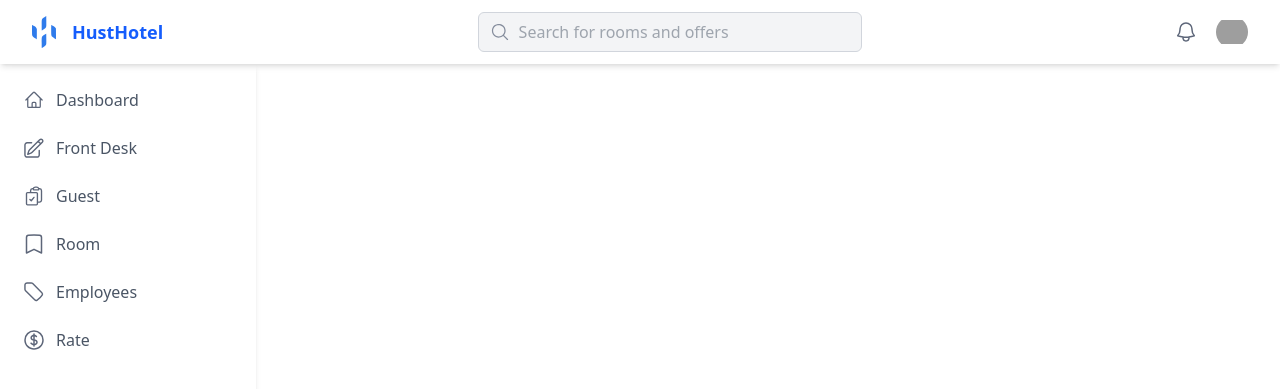
Repository: nguynd/GR1Attendance
Page: / (app in fe/)
The author's editor kept a copy of each file at every save. The page is drawn from the files as they stood at one save, then again after the next save.
The browser window is 1280 px wide. The pictures show the whole page.
Pictures or frames that could not be fetched are drawn as grey boxes. The page's requests for data from a server got no answer. The project was rebuilt for these pictures with package versions that can differ from the ones it lists, and the page was loaded fresh each time. No one was signed in, and anything a server would have sent is missing. Also part of the build but not shown: fe/vite.config.js.

Above is the page before, as saved 2025-05-24 18:54:58.

After the next save:
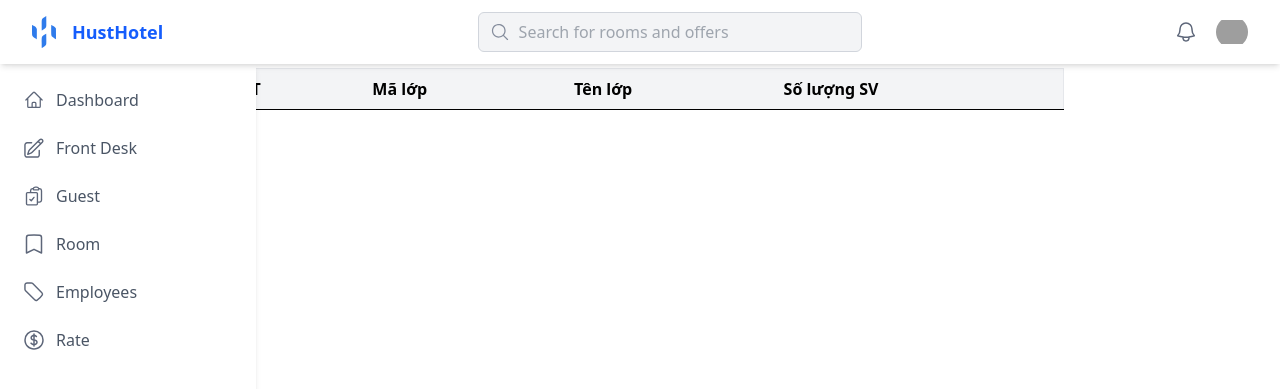
Saved 73 s later.
--- a/fe/src/components/ClassList.jsx
+++ b/fe/src/components/ClassList.jsx
@@ -3,41 +3,44 @@ import { getClasses } from "../services/classAPI";
 
 export default function ClassList() {
   const [classes, setClasses] = useState([]);
-  const [loading, setLoading] = useState(true);
 
   useEffect(() => {
-    const fetchClasses = async () => {
+    const fetchData = async () => {
       try {
         const data = await getClasses();
         setClasses(data);
       } catch (err) {
         console.error("Lỗi khi tải lớp:", err);
-      } finally {
-        setLoading(false);
       }
     };
-
-    fetchClasses();
+    fetchData();
   }, []);
 
-  if (loading) return <p>Đang tải lớp...</p>;
-
   return (
-  <div className="p-6 max-w-3xl mx-auto">
-    <h2 className="text-xl font-bold mb-4">Danh sách lớp</h2>
-    <ul className="space-y-2">
-      {classes.map((cls) => (
-        <li
-          key={cls.id}
-          className="p-3 border rounded bg-white shadow-sm flex justify-between items-center"
-        >
-          <div>
-            <strong>{cls.class_code}</strong>
-            <div className="text-gray-600">{cls.class_name}</div>
-          </div>
-        </li>
-      ))}
-    </ul>
-  </div>
-);
+    <div className="p-6 max-w-4xl mx-auto">
+      <h2 className="text-xl font-bold mb-4">Danh sách lớp học</h2>
+      <div className="overflow-x-auto">
+        <table className="min-w-full bg-white border border-gray-200 rounded shadow-sm">
+          <thead>
+            <tr className="bg-gray-100 text-left">
+              <th className="px-4 py-2 border-b">STT</th>
+              <th className="px-4 py-2 border-b">Mã lớp</th>
+              <th className="px-4 py-2 border-b">Tên lớp</th>
+              <th className="px-4 py-2 border-b">Số lượng SV</th>
+            </tr>
+          </thead>
+          <tbody>
+            {classes.map((cls, index) => (
+              <tr key={cls.id} className="hover:bg-gray-50">
+                <td className="px-4 py-2 border-b">{index + 1}</td>
+                <td className="px-4 py-2 border-b">{cls.class_code}</td>
+                <td className="px-4 py-2 border-b">{cls.class_name}</td>
+                <td className="px-4 py-2 border-b text-center">{cls.student_count}</td>
+              </tr>
+            ))}
+          </tbody>
+        </table>
+      </div>
+    </div>
+  );
 }
